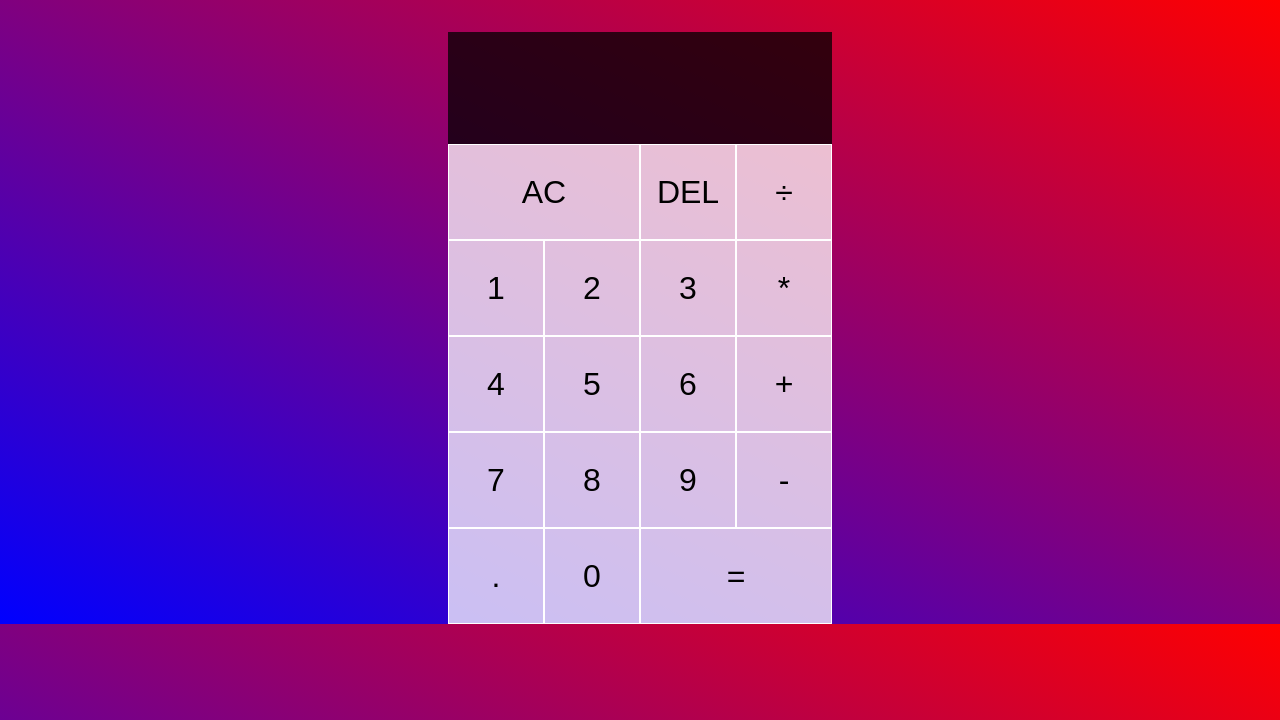
Repository: Ellisvelandia/Calculator
Page: /
These files come from the project's save history. The page is drawn as it stood at one moment and after the next save; the edit follows.
The browser window is 1280 px wide. The pictures show the whole page.
The project was rebuilt for these pictures with package versions that can differ from the ones it lists, and the page was loaded fresh each time. Also part of the build but not shown: craco.config.js, src/index.css.

Above is the page before, as saved 2022-08-16 15:27:41.

### src/App.js
import { useReducer } from "react"
import DigitButton from "./DigitButton"
import OperationButton from "./OperationButton"

import "./App.css"

export const ACTIONS = {
  ADD_DIGIT: "add-digit",
  CHOOSE_OPERATION: "choose-operation",
  CLEAR: "clear",
  DELETE_DIGIT: "delete-digit",
  EVALUATE: "evaluate",
}

function reducer(state, { type, payload }) {
  switch (type) {
    case ACTIONS.ADD_DIGIT:
      if (state.overwrite) {
        return {
          ...state,
          currentOperand: payload.digit,
          overwrite: false,
        }
      }
      if (payload.digit === "0" && state.currentOperand === "0") {
        return state
      }
      if (payload.digit === "." && state.currentOperand.includes(".")) {
        return state
      }

      return {
        ...state,
        currentOperand: `${state.currentOperand || ""}${payload.digit}`,
      }
    case ACTIONS.CHOOSE_OPERATION:
      if (state.currentOperand == null && state.previousOperand == null) {
        return state
      }

      if (state.currentOperand == null) {
        return {
          ...state,
          operation: payload.operation,
        }
      }

      if (state.previousOperand == null) {
        return {
          ...state,
          operation: payload.operation,
          previousOperand: state.currentOperand,
          currentOperand: null,
        }
      }

      return {
        ...state,
        previousOperand: evaluate(state),
        operation: payload.operation,
        currentOperand: null,
      }
    case ACTIONS.CLEAR:
      return {}
    case ACTIONS.DELETE_DIGIT:
      if (state.overwrite) {
        return {
          ...state,
          overwrite: false,
          currentOperand: null,
        }
      }
      if (state.currentOperand == null) return state
      if (state.currentOperand.length === 1) {
        return { ...state, currentOperand: null }
      }

      return {
        ...state,
        currentOperand: state.currentOperand.slice(0, -1),
      }
    case ACTIONS.EVALUATE:
      if (
        state.operation == null ||
        state.currentOperand == null ||
        state.previousOperand == null
      ) {
        return state
      }

      return {
        ...state,
        overwrite: true,
        previousOperand: null,
        operation: null,
        currentOperand: evaluate(state),
      }
  }
}

function evaluate({ currentOperand, previousOperand, operation }) {
  const prev = parseFloat(previousOperand)
  const current = parseFloat(currentOperand)
  if (isNaN(prev) || isNaN(current)) return ""
  let computation = ""
  switch (operation) {
    case "+":
      computation = prev + current
      break
    case "-":
      computation = prev - current
      break
    case "*":
      computation = prev * current
      break
    case "÷":
      computation = prev / current
      break
  }

  return computation.toString()
}

const INTEGER_FORMATTER = new Intl.NumberFormat("en-us", {
  maximumFractionDigits: 0,
})
function formatOperand(operand) {
  if (operand == null) return
  const [integer, decimal] = operand.split(".")
  if (decimal == null) return INTEGER_FORMATTER.format(integer)
  return `${INTEGER_FORMATTER.format(integer)}.${decimal}`
}

function App() {
  const [{ currentOperand, previousOperand, operation }, dispatch] = useReducer(
    reducer,
    {}
  )

  return (
    <div className="calculator-grid">
      <div className="output">
        <div className="previous-operand">
          {formatOperand(previousOperand)} {operation}
        </div>
        <div className="current-operand">{formatOperand(currentOperand)}</div>
      </div>
      <button
        className="span-two"
        onClick={() => dispatch({ type: ACTIONS.CLEAR })}
      >
        AC
      </button>
      <button onClick={() => dispatch({ type: ACTIONS.DELETE_DIGIT })}>
        DEL
      </button>
      <OperationButton operation="÷" dispatch={dispatch} />
      <DigitButton digit="1" dispatch={dispatch} />
      <DigitButton digit="2" dispatch={dispatch} />
      <DigitButton digit="3" dispatch={dispatch} />
      <OperationButton operation="*" dispatch={dispatch} />
      <DigitButton digit="4" dispatch={dispatch} />
      <DigitButton digit="5" dispatch={dispatch} />
      <DigitButton digit="6" dispatch={dispatch} />
      <OperationButton operation="+" dispatch={dispatch} />
      <DigitButton digit="7" dispatch={dispatch} />
      <DigitButton digit="8" dispatch={dispatch} />
      <DigitButton digit="9" dispatch={dispatch} />
      <OperationButton operation="-" dispatch={dispatch} />
      <DigitButton digit="." dispatch={dispatch} />
      <DigitButton digit="0" dispatch={dispatch} />
      <button
        className="span-two"
        onClick={() => dispatch({ type: ACTIONS.EVALUATE })}
      >
        =
      </button>
    </div>
  )
}

export default App

### src/App.css
*,
* ::before,
*::after {
  box-sizing: border-box;
}

body {
  margin: 0;
  background: linear-gradient(to right top, blue, red);
}

.calculator-grid {
  display: grid;
  margin-top: 2rem;
  justify-content: center;
  grid-template-columns: repeat(4, 6rem);
  grid-template-rows: minmax(7rem, auto) repeat(5, 6rem);
}

.calculator-grid > button {
  cursor: pointer;
  font-size: 2rem;
  border: 1px solid white;
  outline: none;
  background: rgba(255, 255, 255, 0.75);
}

.calculator-grid > button:hover,
.calculator-grid > button:focus {
  background-color: rgba(255, 255, 255, 0.9);
}

.span-two {
  grid-column: span 2;
}

.output {
  grid-column: 1 / -1;
  background-color: rgba(0, 0, 0, 0.75);
  display: flex;
  flex-direction: column;
  align-items: flex-end;
  justify-content: space-around;
  padding: 0.75rem;
  word-break: break-all;
  word-wrap: break-word;
}

.output .previous-operand {
  color: rgba(255, 255, 255, 0.75);
  font-size: 1.5rem;
}

.output .current-operand {
  color: white;
  font-size: 2.5rem;
}

Loaded but not shown: public/index.html (common file); src/index.js (common file); src/reportWebVitals.js (common file); src/DigitButton.js (common file); src/OperationButton.js (common file)

After the next save:
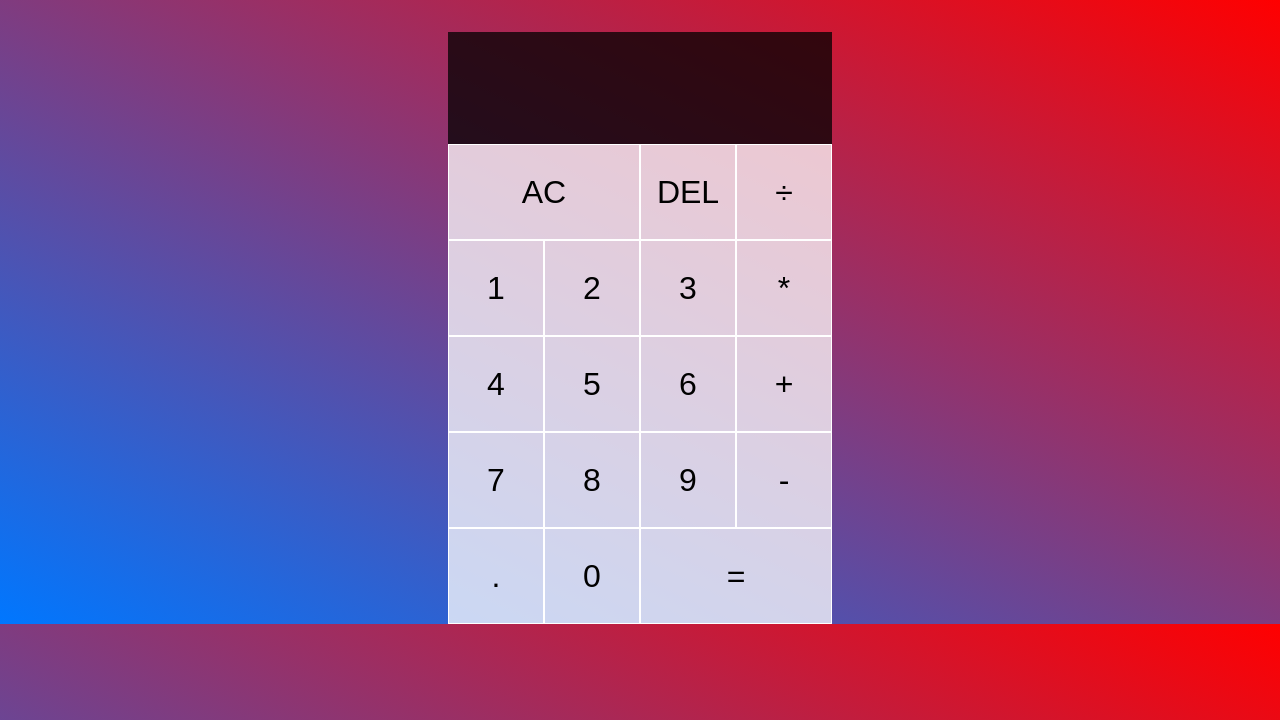
Saved 9 s later.
--- a/src/App.css
+++ b/src/App.css
@@ -6,7 +6,7 @@
 
 body {
   margin: 0;
-  background: linear-gradient(to right top, blue, red);
+  background: linear-gradient(to right top, rgb(0, 119, 255), red);
 }
 
 .calculator-grid {
